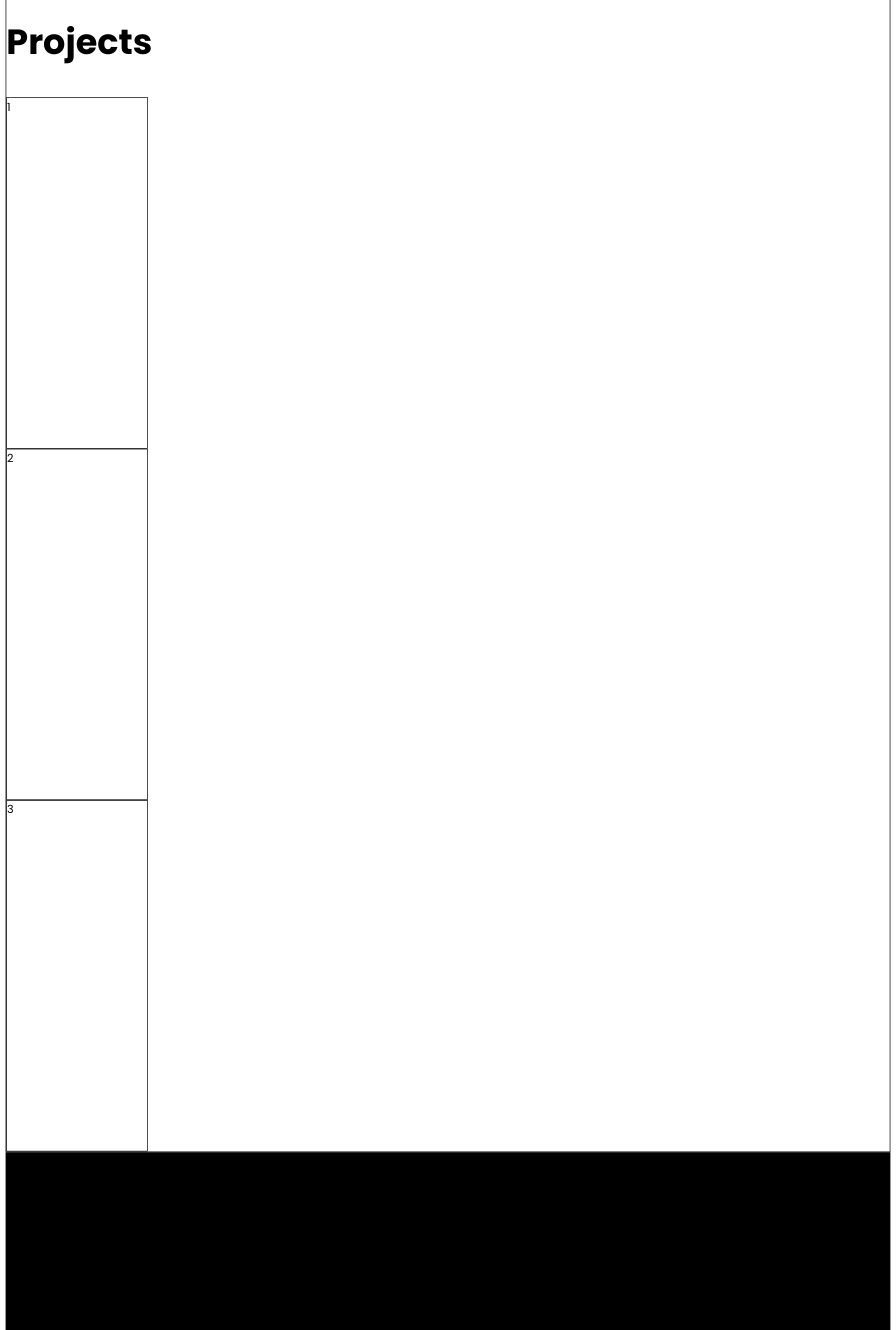
Repository: Jcparks84/Portfolio
Page: index.html
The author's editor kept a copy of each file at every save. The page is drawn from the files as they stood at one save, then again after the next save.
The browser window is 1280 px wide. The pictures show the part of the page from y = 1160 to 3060 px (the page is 3314 px tall before and 3474 px after), at 70% of full size.
A picture or video elsewhere on the page could not be fetched, so the positions and the page height are approximate.

Above is the page before, as saved 2022-08-10 16:21:20.

After the next save:
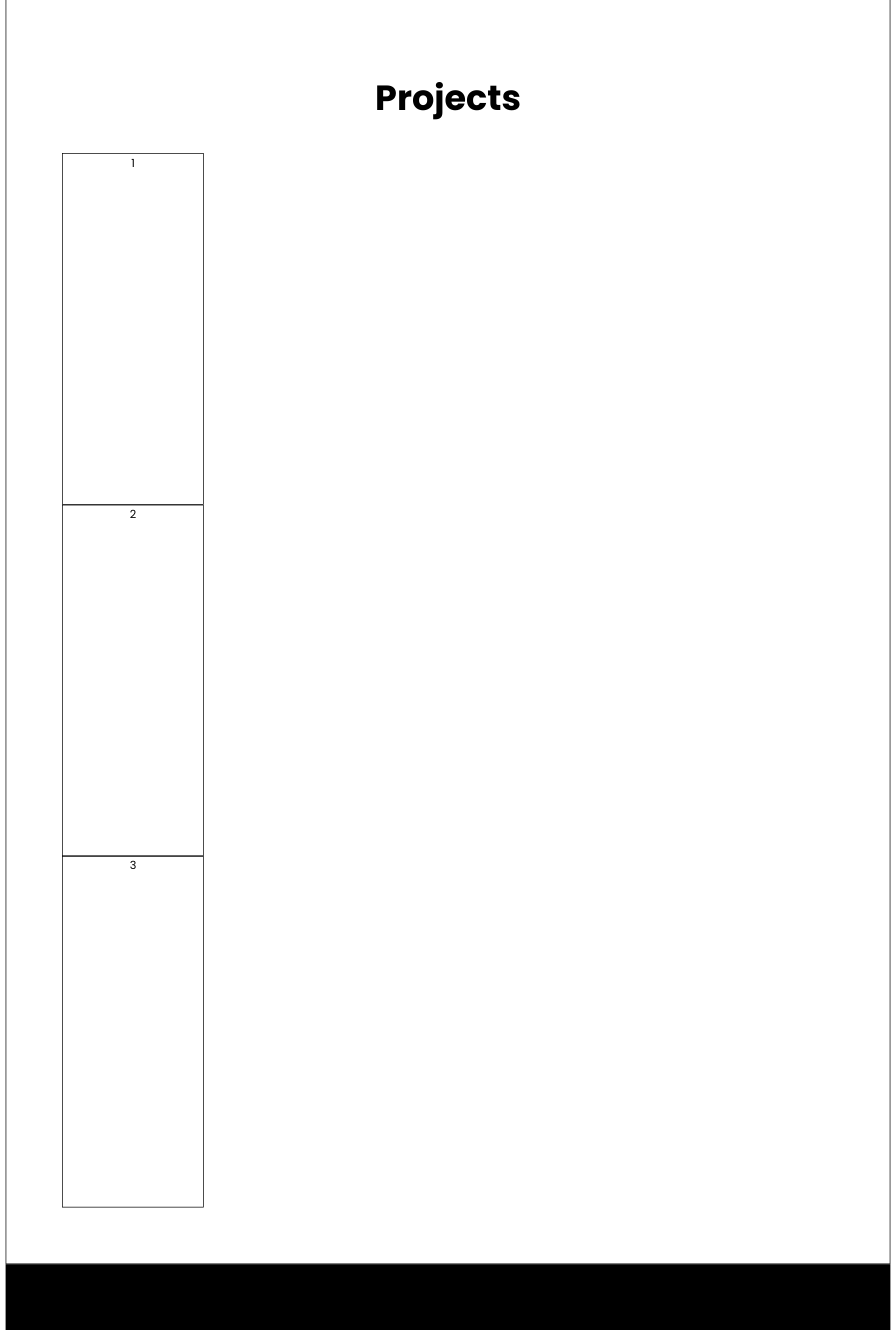
Saved 4 s later.
--- a/src/styles.css
+++ b/src/styles.css
@@ -104,7 +104,7 @@
     padding: 80px;
 }
 
-sub-section-alt {
+.sub-section-alt {
     display: flex;
     flex-direction: column;
     text-align: center;

After the save that followed:
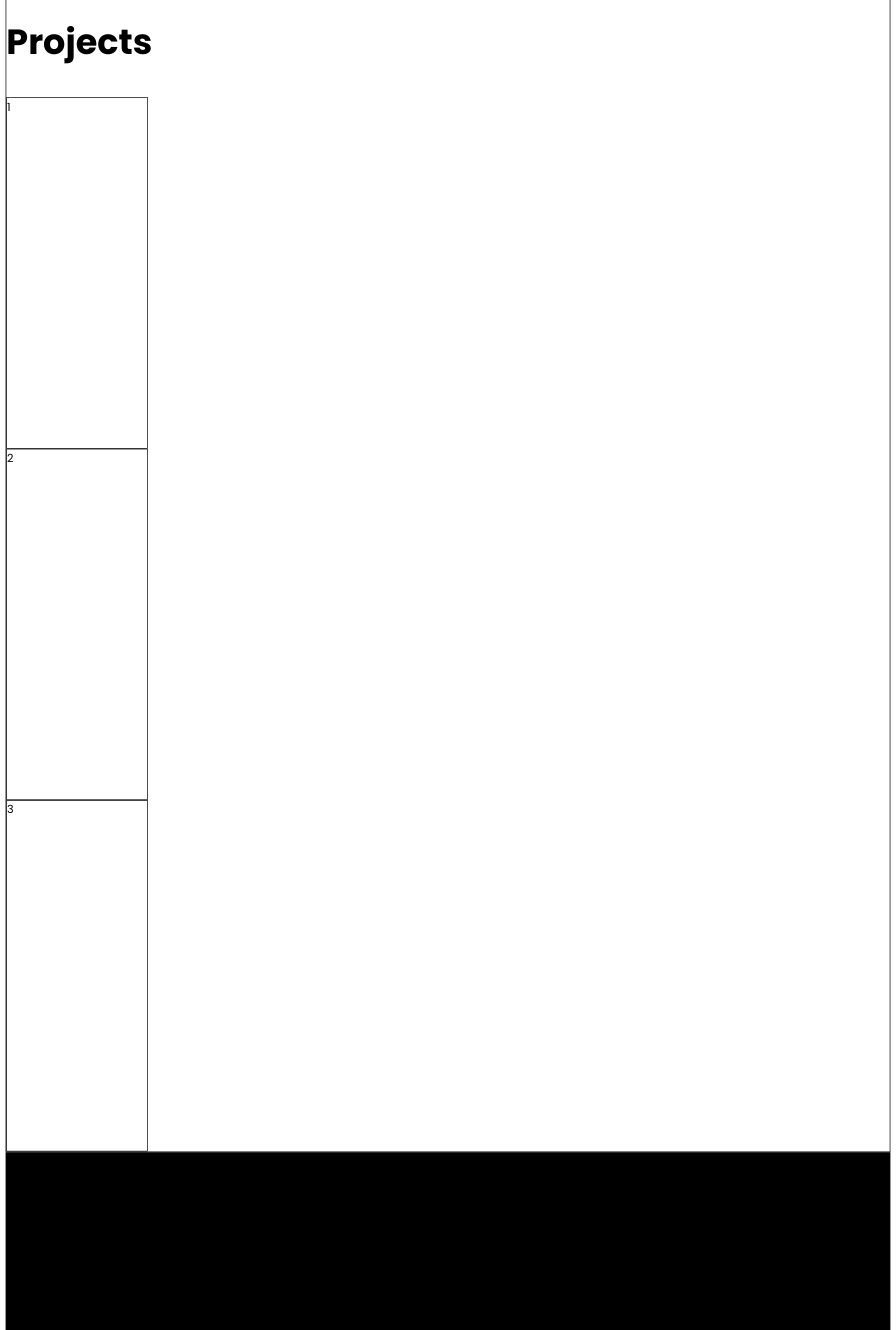
Saved 3 min 31 s later.
--- a/src/styles.css
+++ b/src/styles.css
@@ -104,7 +104,7 @@
     padding: 80px;
 }
 
-.sub-section-alt {
+.sub-section-alternative {
     display: flex;
     flex-direction: column;
     text-align: center;
